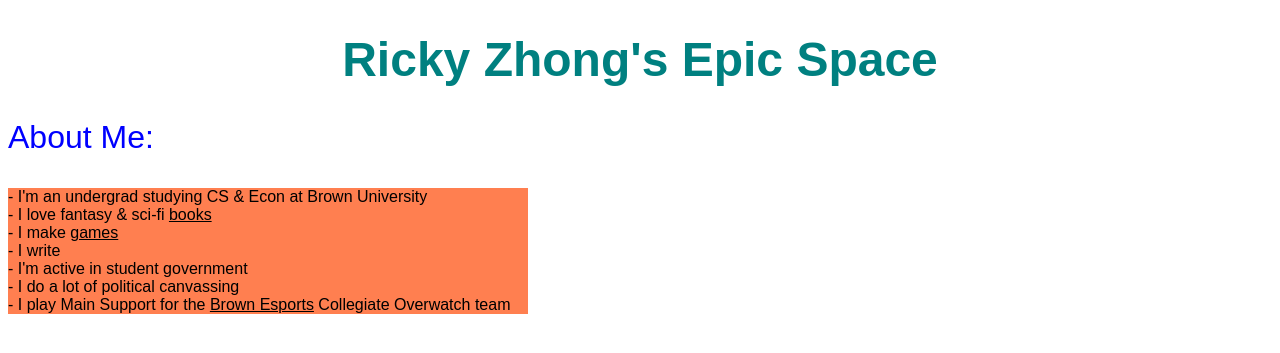
Repository: rickydaricky/rickydaricky.github.io
Page: index.html
An editor plug-in stored every save of this project. The page is shown before and after the next save, followed by the edit.
The browser window is 1280 px wide. The pictures show the whole page.

Above is the page before, as saved 2021-11-26 02:53:41.

### index.html
<!DOCTYPE html>

<head>
  <meta charset="UTF-8" />
  <meta name="viewport" content="width=device-width, initial-scale=1.0" />
  <link rel="stylesheet" href="main.css" type="text/css" />
  <title>Homepage</title>
</head>

<html>
  <body>
    <h1 class="title">Ricky Zhong's Epic Space</h1>
    <p class="about">About Me:</p>
    <div class="square">
      <p>
        - I'm an undergrad studying CS & Econ at Brown University
        <br />
        - I love fantasy & sci-fi
        <a href="https://goodreads.com/rickydaricky">books</a>
        <br />
        - I make
        <a href="https://rickydaricky.itch.io/">games</a>
        <br />
        - I write
        <br />
        - I'm active in student government
        <br />
        - I do a lot of political canvassing
        <br />
        - I play Main Support for the
        <a href="https://brownesports.org/">Brown Esports</a>
        Collegiate Overwatch team
      </p>
    </div>
  </body>
</html>

### main.css
p {
  text-align: justify;
  font-size: 200%;
}

html * {
  font-size: 16px;
  color: black;
  font-family: Nunito, sans-serif;
}

.about {
  font-size: 200%;
  color: blue;
}

.title {
  text-align: center;
  font-size: 300%;
  color: teal;
}

.square {
  width: 520px;
  background-color: coral;
}

After the next save:
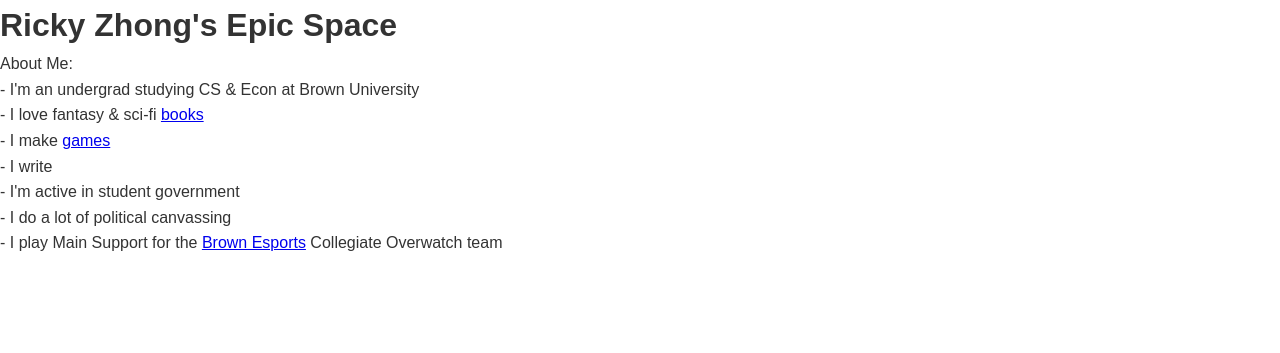
Saved 490 days later.
--- a/main.css
+++ b/main.css
@@ -1,4 +1,4 @@
-p {
+/* p {
   text-align: justify;
   font-size: 200%;
 }
@@ -23,4 +23,63 @@ html * {
 .square {
   width: 520px;
   background-color: coral;
+} */
+
+* {
+  box-sizing: border-box;
+  margin: 0;
+  padding: 0;
 }
+
+body {
+  font-family: 'Arial', sans-serif;
+  line-height: 1.6;
+  color: #333;
+}
+
+header {
+  background-color: #333;
+  padding: 1rem;
+  text-align: center;
+}
+
+nav ul {
+  list-style-type: none;
+}
+
+nav ul li {
+  display: inline;
+  margin-right: 1rem;
+}
+
+nav ul li:last-child {
+  margin-right: 0;
+}
+
+nav a {
+  text-decoration: none;
+  color: #fff;
+}
+
+nav a:hover {
+  color: #ccc;
+}
+
+main {
+  max-width: 1200px;
+  margin: 0 auto;
+  padding: 2rem;
+}
+
+#hero {
+  text-align: center;
+  margin-bottom: 2rem;
+}
+
+#hero h1 {
+  font-size: 2.5rem;
+  margin-bottom: 1rem;
+}
+
+#hero p {
+  font-size: 1.2rem;
